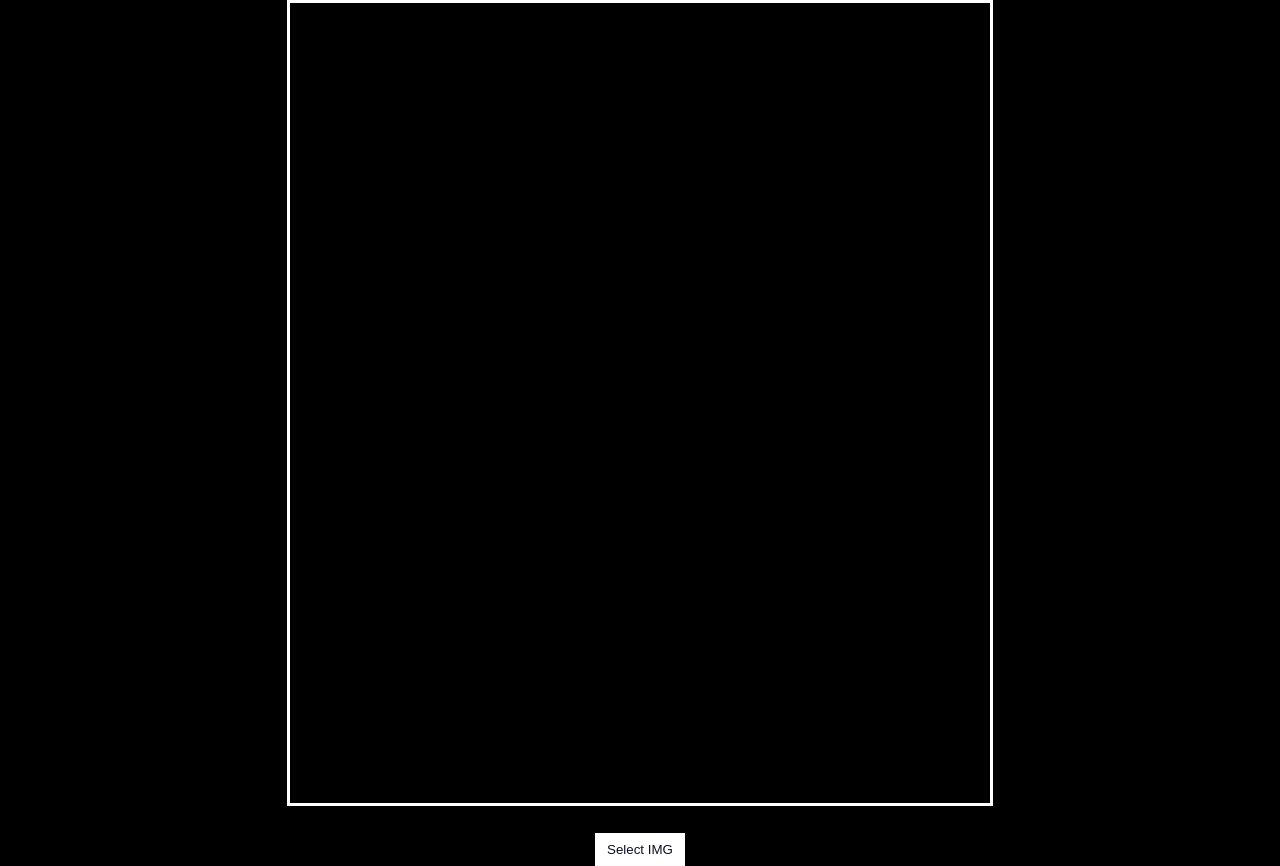
Repository: HOANGKHONGTANCRUSH/APPTenofflowAI
Page: /
An editor plug-in stored every save of this project. The page is shown before and after the next save, followed by the edit.
The browser window is 1280 px wide. The pictures show the whole page.
The project was rebuilt for these pictures with package versions that can differ from the ones it lists, and the page was loaded fresh each time. Also part of the build but not shown: src/App.css.

Above is the page before, as saved 2024-01-28 11:32:47.

### src/App.jsx
import logo from "./logo.svg";
import "./App.css";
import styled from "styled-components";
import { ObjectDetector } from "./components/objectDetector";

const AppContainer = styled.div`
  width: 100%;
  height: 100%;
  background-color: black;
  display: flex;
  flex-direction: column;
  align-items: center;
  justify-content: center;
  color: red;
`;

function App() {
  return (
    <AppContainer>
      <ObjectDetector />
    </AppContainer>
  );
}

export default App;

### src/components/objectDetector/index.jsx
import React, { useRef, useState } from "react";
import styled from "styled-components";

import "@tensorflow/tfjs-backend-cpu";
import "@tensorflow/tfjs-backend-webgl";
import * as cocoSsd from "@tensorflow-models/coco-ssd";

const ObjectDetectorContainer = styled.div`
  display: flex;
  flex-direction: column;
  align-items: center;
`;

const DetectorContainer = styled.div`
  width: 700px;
  height: 800px;
  border: 3px solid #fff;
  display: flex;
  align-items: center;
  justify-content: center;
  position: relative;
`;

const TargetImg = styled.img`
  width: auto;
  height: auto;
  max-width: 100%;
  max-height: 100%;
  object-fit: contain;
`;

const HiddenFileInput = styled.input`
  display: none;
`;

const SelectButton = styled.button`
  padding: 7px 10px;
  border: 2px solid transparent;
  background-color: #fff;
  color: #0a0f22;
  font-weight: 500;
  outline: none;
  margin-top: 2em;
  cursor: pointer;
  transition: all 260ms ease-in-out;

  &:hover {
    background-color: transparent;
    border: 2px solid #fff;
    color: #fff;
  }
`;



export function ObjectDetector(props) {

  const fileInputRef = useRef();
  const [imgData, setImage] = useState(null);

 const openfilePicker =  () => {
    if(fileInputRef.current) fileInputRef.current.click();
 }

  const readImage = (file) => {
    return new Promise((rs, r) =>{
      const fileReader = new FileReader();
      fileReader.onload = () => rs(fileReader.result);
      fileReader.onerror = () => r(fileReader.error);
      fileReader.readAsDataURL(file);
    })
  }


 const onSelectImage = async (e) => {
    const file = e.target.files[0];
    const imgData = await readImage(file);
    setImage(imgData);
 }

  return <ObjectDetectorContainer>
    <DetectorContainer>
    {imgData && <TargetImg src={imgData}/>}
    </DetectorContainer>
    <HiddenFileInput type="file" ref={fileInputRef}  onChange={onSelectImage}/>
    <SelectButton onClick={openfilePicker}>
      Select IMG
    </SelectButton>
  </ObjectDetectorContainer>
}

Loaded but not shown: public/index.html (common file); src/index.jsx (common file); src/index.css (common file); src/reportWebVitals.js (common file)

After the next save:
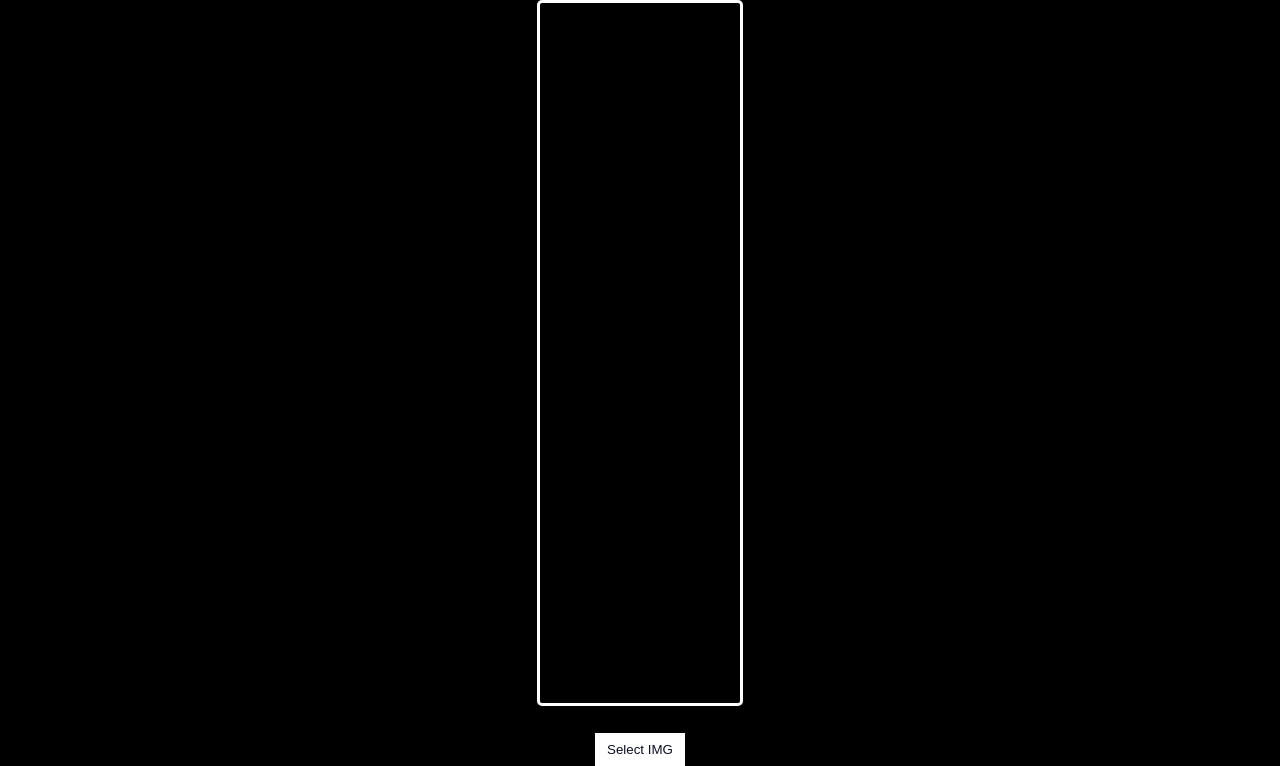
Saved 11 s later.
--- a/src/components/objectDetector/index.jsx
+++ b/src/components/objectDetector/index.jsx
@@ -12,9 +12,10 @@ const ObjectDetectorContainer = styled.div`
 `;
 
 const DetectorContainer = styled.div`
-  width: 700px;
-  height: 800px;
+  min-width: 200px;
+  height: 700px;
   border: 3px solid #fff;
+  border-radius: 5px;
   display: flex;
   align-items: center;
   justify-content: center;
